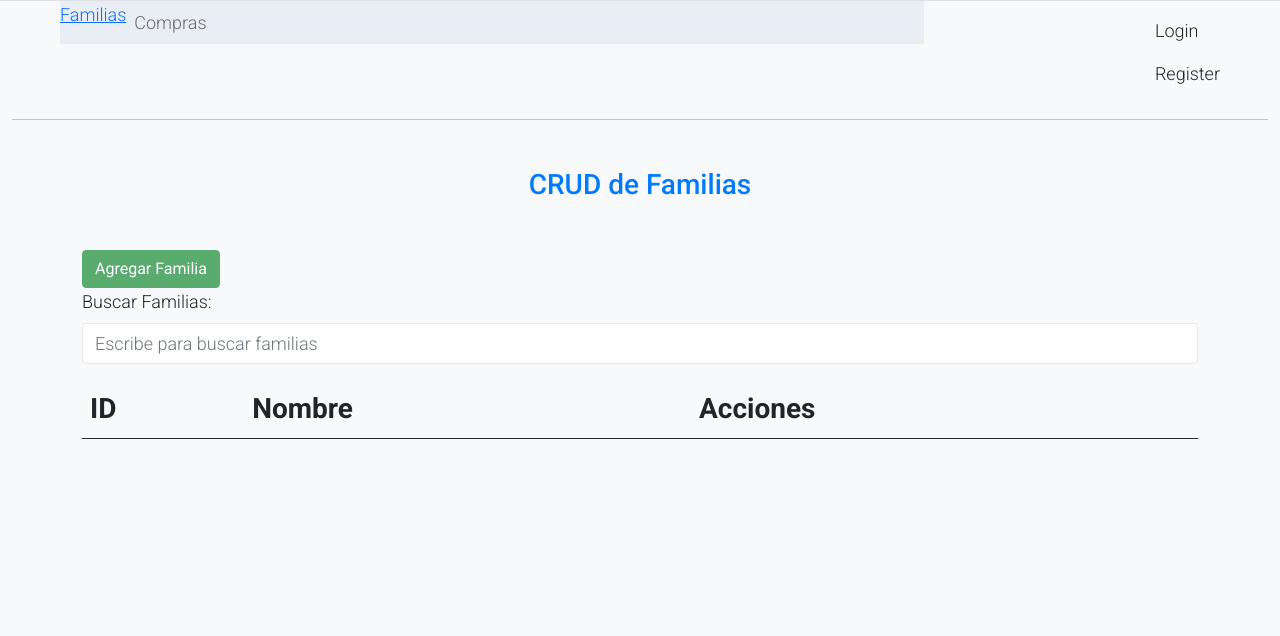
Repository: Yaqode/front-fama
Page: Views/Familias.html
The author's editor kept a copy of each file at every save. The page is drawn from the files as they stood at one save, then again after a run of saves.
The browser window is 1280 px wide. The pictures show the whole page.
The page's requests for data from a server got no answer. Some web libraries are served in a nearby version.

Above is the page before, as saved 2023-12-19 11:30:27.

### Views/Familias.html
<!DOCTYPE html>
<html lang="en">
<head>
    <meta charset="UTF-8">
    <meta name="viewport" content="width=device-width, initial-scale=1.0">
    <title>Document</title>
    <link rel="apple-touch-icon" href="img/apple-icon.png">
    <link rel="shortcut icon" type="image/x-icon" href="img/favicon.ico">
    <link rel="stylesheet" href="./../css/bootstrap.min.css">
    <link rel="stylesheet" href="./../css/templatemo.css">
    <link rel="stylesheet" href="./../css/style.css">
    <!-- Load fonts style after rendering the layout styles -->
    <link rel="stylesheet"
        href="https://fonts.googleapis.com/css2?family=Roboto:wght@100;200;300;400;500;700;900&display=swap">
    <link rel="stylesheet" href="./../css/fontawesome.min.css">
    <!-- Enlace al archivo header.html -->
  <link rel="import" href="header_admin.html">
</head>
<body>

<style>
    body {
        margin-top: 0; /* Elimina el espacio en blanco en la parte superior del cuerpo */
        background-color: #F8F9FA;
        font-family: 'Georgia', serif;
    }

    /* Estilos adicionales según sea necesario */
    iframe {
        margin-top: 0; /* Ajusta la posición del iframe */
    }

    .container {
        margin-top: 20px; /* Ajusta el margen superior según sea necesario */
    }
    .btn-custom {
        background-color: #F8F9FA; /* Cambia este valor al color que desees */
        color: #030303; /* Cambia este valor al color que desees para el texto */
    }

    .custom-menu {
        background-color: #ffffff; /* Cambia este valor al color que desees para el menú desplegable */
    }
    /* Asegúrate de incluir este CSS en tu archivo de estilo o en el encabezado de tu HTML */
    #agregarDropdown:hover .dropdown-menu {
        display: block;
    }

    body {
        background-color: #f8f9fa;
        font-family: 'Georgia', serif;
    }

    .containerr {
        margin-top: 50px;
        background-color: #ffffff;
        padding: 30px;
        border-radius: 10px;
    }

    h2 {
        text-align: center;
        color: #007bff;
        font-size: 28px;
    }

    .btn-agregar {
        background-color: #28a745;
        color: #ffffff;
    }

    .btn-editar,
    .btn-eliminar {
        background-color: #28a745;
        color: #ffffff;
        border-radius: 20px;
        font-size: 25px;
    }

    .btn-eliminar {
        background-color: #dc3545;
        /* Cambiado a rojo */
    }

    /* Aumentar el tamaño de la letra en la tabla */
    table {
        font-size: 28px;
    }
</style>

<!-- Navbar Start -->
<div class="container-fluid mb-5">
    <div class="row border-top px-xl-5">
        <div class="col-lg-9">
            <nav class="navbar navbar-expand-lg bg-light navbar-light py-3 py-lg-0 px-0">
                <a href="" class="text-decoration-none d-block d-lg-none">
                    <h1 class="m-0 display-5 font-weight-semi-bold"><span
                            class="text-primary font-weight-bold border px-3 mr-1">E</span>Shopper</h1>
                </a>
                <button type="button" class="navbar-toggler" data-toggle="collapse" data-target="#navbarCollapse">
                    <span class="navbar-toggler-icon"></span>
                </button>
                <div class="collapse navbar-collapse justify-content-between" id="navbarCollapse">
                    <div class="navbar-nav mr-auto py-0">
                        <!-- Dropdown Start -->
                        <div class="nav-item dropdown">
                            <div>
                                <ul class="nav">
                                  <li><a href="#">Familias</a>
                                    <ul id="familiasMenu">
                                      <!-- Familias se llenará dinámicamente -->
                                    </ul>
                                  </li>
                                </ul>
                              </div>

                        </div>
                        <a href="#" class="nav-item nav-link">Compras</a>
                    </div>
            </nav>
        </div>
        <div class="col-lg-3 d-flex justify-content-end align-items-center">
            <div class="navbar-nav ml-2 py-2">
                <a href="#" class="nav-item nav-link text-dark">Login</a>
                <a href="#" class="nav-item nav-link text-dark">Register</a>
            </div>
        </div>
    </div>
    <hr class="my-8">
</div>
<!-- Navbar End -->



<div class="container">
    <h2 class="mb-4">CRUD de Familias</h2>

    <!-- Botón para abrir el modal de agregar submarca -->
    <button type="button" class="btn btn-success text-white mt-4" data-bs-toggle="modal"
        data-bs-target="#modalFamilias">
        Agregar Familia
    </button>
    <!-- Agrega esto donde desees en tu HTML, por ejemplo, encima de tu tabla de familias -->
    <div class="mb-3">
        <label for="buscadorFamiliasInput" class="form-label">Buscar Familias:</label>
        <input type="text" class="form-control" id="buscadorFamiliasInput" oninput="filtrarTablaFamilias()" placeholder="Escribe para buscar familias">
    </div>
    <!-- Tabla para mostrar las submarcas -->
    <table id="tablaFamilias" class="table">
        <thead>
            <tr>
                <th>ID</th>
                <th>Nombre</th>
                <th>Acciones</th>
            </tr>
        </thead>
        <tbody>
            <!-- Aquí se agregarán las filas de Familias dinámicamente desde el servidor -->

        </tbody>
    </table>
</div>

<!-- Modal para agregar Familias -->
<div class="modal fade" id="modalFamilias" tabindex="-1" aria-labelledby="exampleModalLabel" aria-hidden="true">
    <div class="modal-dialog modal-lg">
        <div class="modal-content">
            <div class="modal-header">
                <h1 class="modal-title fs-5" id="exampleModalLabel">Agregar Familias</h1>
                <button type="button" class="btn-close" data-bs-dismiss="modal" aria-label="Close"></button>
            </div>
            <div class="modal-body">
                <!-- Formulario para agregar Familiaa -->
                <form id="FamiliaForm">
                    <div class="mb-3">
                        <label for="familiaInput" class="form-label">Nombre de la Familia:</label>
                        <input type="text" class="form-control" id="familiaInput" required>
                    </div>
                </form>
            </div>
            <div class="modal-footer">
                <button type="button" class="btn btn-secondary" data-bs-dismiss="modal">Cerrar</button>
                <button type="button" class="btn btn-primary" onclick="guardarFamilia()">Guardar</button>
            </div>
        </div>
    </div>
</div>

<!-- Modal para editar Familias -->
<div class="modal fade" id="modalEditarFamilias" tabindex="-1" role="dialog" aria-labelledby="modalEditarFamiliasLabel"
    aria-hidden="true">
    <div class="modal-dialog modal-lg">
        <div class="modal-content">
            <div class="modal-header">
                <h1 class="modal-title fs-5" id="exampleModalLabel">Editar Familias</h1>
                <button type="button" class="btn-close" data-bs-dismiss="modal" aria-label="Close"></button>
            </div>
            <div class="modal-body">
                <!-- Formulario para edtar Familiaa -->
                <form id="FamiliaForm">
                    <div class="mb-3">
                        <label for="familiaInput" class="form-label">Nombre de la Familia:</label>
                        <input type="text" class="form-control" id="familiaInput" required>
                    </div>
                </form>
            </div>
            <div class="modal-footer">
                <button type="button" class="btn btn-secondary" data-bs-dismiss="modal">Cerrar</button>
                <button type="button" class="btn btn-primary" onclick="editarFamilia()">Guardar</button>
            </div>
        </div>
    </div>
</div>

<!-- Modal para eliminar familias -->
<div class="modal fade" id="modalEliminarFamilias" tabindex="-1" role="dialog" aria-labelledby="modalEliminarfamiliaLabel" aria-hidden="true">
    <div class="modal-dialog" role="document">
        <div class="modal-content">
            <div class="modal-header">
                <h5 class="modal-title" id="modalEliminarFamiliaLabel">Eliminar Familia</h5>
                <button type="button" class="btn-close" data-bs-dismiss="modal" aria-label="Close"></button>
            </div>
            <div class="modal-body">
                <p>¿Deseas eliminar esta familia?</p>
            </div>
            <div class="modal-footer">
            <button type="button" class="btn btn-secondary" data-bs-dismiss="modal">Cancelar</button>
            <button type="button" class="btn btn-danger" onclick="eliminarFamilia()">Eliminar</button>
            </div>
        </div>
    </div>
</div>


<!-- Agrega los enlaces a Bootstrap JS y Popper.js -->
<script src="./../js/jquery-1.11.0.min.js"></script>
<script src="./../js/bootstrap.bundle.min.js"></script>
<script src="./../js/jquery-migrate-1.2.1.min.js"></script>

<script src="./../js/funciones_js/familias.js"></script>
<script src="./../js/funciones_js/header.js"></script>
<script src="./../js/templatemo.js"></script>
<script src="./../js/custom.js"></script>




</body>
</html>

### css/templatemo.css
/*

TemplateMo 559 Zay Shop

https://templatemo.com/tm-559-zay-shop

---------------------------------------------
Table of contents
------------------------------------------------
1. Typography
2. General
3. Nav
4. Hero Carousel
5. Accordion
6. Shop
7. Product
8. Carousel Hero
9. Carousel Brand
10. Services
11. Contact map
12. Footer
13. Small devices (landscape phones, 576px and up)
14. Medium devices (tablets, 768px and up)
15. Large devices (desktops, 992px and up)
16. Extra large devices (large desktops, 1200px and up)
--------------------------------------------- */




/* Typography */
body, ul, li, p, a, label, input, div {
  font-family: 'Roboto', sans-serif;
  font-size: 18px !important;
  font-weight: 300 !important;
}
.h1 {
  font-family: 'Roboto', sans-serif;
  font-size: 48px !important;
  font-weight: 200 !important;
}
.h2 {
  font-family: 'Roboto', sans-serif;
  font-size: 30px !important;
  font-weight: 300;
}
.h3 {
  font-family: 'Roboto', sans-serif;
  font-size: 22px !important;
}
/* General */
.logo { font-weight: 500 !important;}
.text-warning {  color: #ede861 !important;}
.text-muted { color: #bcbcbc !important;}
.text-success { color: #59ab6e !important;}
.text-light { color: #cfd6e1 !important;}
.bg-dark { background-color: #212934 !important;}
.bg-light { background-color: #e9eef5 !important;}
.bg-black { background-color: #1d242d !important;}
.bg-success { background-color: #59ab6e !important;}
.btn-success {
  background-color: #59ab6e !important;
  border-color: #56ae6c !important;
}
.pagination .page-link:hover {color: #000;}
.pagination .page-link:hover, .pagination .page-link.active {
  background-color: #69bb7e;
  color: #fff;
}
/* Nav */
#templatemo_nav_top { min-height: 40px;}
#templatemo_nav_top * { font-size: .9em !important;}
#templatemo_main_nav a { color: #212934;}
#templatemo_main_nav a:hover { color: #69bb7e;}
#templatemo_main_nav .navbar .nav-icon { margin-right: 20px;}

/* Hero Carousel */
#template-mo-zay-hero-carousel { background: #efefef !important;}
/* Accordion */
.templatemo-accordion a { color: #000;}
.templatemo-accordion a:hover { color: #333d4a;}
/* Shop */
.shop-top-menu a:hover { color: #69bb7e !important;}
/* Product */
.product-wap { box-shadow: 0px 5px 10px 0px rgba(0, 0, 0, 0.10);}
.product-wap .product-color-dot.color-dot-red { background:#f71515;}
.product-wap .product-color-dot.color-dot-blue { background:#6db4fe;}
.product-wap .product-color-dot.color-dot-black { background:#000000;}
.product-wap .product-color-dot.color-dot-light { background:#e0e0e0;}
.product-wap .product-color-dot.color-dot-green { background:#0bff7e;}
.card.product-wap .card .product-overlay {
  background: rgba(0,0,0,.2);
  visibility: hidden;
  opacity: 0;
  transition: .3s;
}
.card.product-wap:hover .card .product-overlay {
  visibility: visible;
  opacity: 1;
}
.card.product-wap a { color: #000;}
#carousel-related-product .slick-slide:focus { outline: none !important;}
#carousel-related-product .slick-dots li button:before {
  font-size: 15px;
  margin-top: 20px;
}
/* Brand */
.brand-img {
  filter: grayscale(100%);
  opacity: 0.5;
  transition: .5s;
}
.brand-img:hover {
  filter: grayscale(0%);
  opacity: 1;
}
/* Carousel Hero */
#template-mo-zay-hero-carousel .carousel-indicators li {
  margin-top: -50px;
  background-color: #59ab6e;
}
#template-mo-zay-hero-carousel .carousel-control-next i,
#template-mo-zay-hero-carousel .carousel-control-prev i {
  color: #59ab6e !important;
  font-size: 2.8em !important;
}
/* Carousel Brand */
.tempaltemo-carousel .h1 {
  font-size: .5em !important;
  color: #000 !important;
}
/* Services */
.services-icon-wap {transition: .3s;}
.services-icon-wap:hover, .services-icon-wap:hover i {color: #fff;}
.services-icon-wap:hover {background: #69bb7e;}
/* Contact map */
.leaflet-control a, .leaflet-control { font-size: 10px !important;}
.form-control { border: 1px solid #e8e8e8;}
/* Footer */
#tempaltemo_footer a { color: #dcdde1;}
#tempaltemo_footer a:hover { color: #68bb7d;}
#tempaltemo_footer ul.footer-link-list li { padding-top: 10px;}
#tempaltemo_footer ul.footer-icons li {
  width: 2.6em;
  height: 2.6em;
  line-height: 2.6em;
}
#tempaltemo_footer ul.footer-icons li:hover {
  background-color: #cfd6e1;
  transition: .5s;
}
#tempaltemo_footer ul.footer-icons li:hover i {
  color: #212934;
  transition: .5s;
}
#tempaltemo_footer .border-light { border-color: #2d343f !important;}
/*
// Extra small devices (portrait phones, less than 576px)
// No media query since this is the default in Bootstrap
*/
/* Small devices (landscape phones, 576px and up)*/
.product-wap .h3, .product-wap li, .product-wap i, .product-wap p {
  font-size: 12px !important;
}
.product-wap .product-color-dot {
  width: 6px;
  height: 6px;
}

@media (min-width: 576px) {
  .tempaltemo-carousel .h1 { font-size: 1em !important;}
}

/*// Medium devices (tablets, 768px and up)*/
@media (min-width: 768px) {
  #templatemo_main_nav .navbar-nav {max-width: 450px;}
 }

/* Large devices (desktops, 992px and up)*/
@media (min-width: 992px) {
  #templatemo_main_nav .navbar-nav {max-width: 550px;}
  #template-mo-zay-hero-carousel .carousel-item {min-height: 30rem !important;}
  .product-wap .h3, .product-wap li, .product-wap i, .product-wap p {font-size: 18px !important;}
  .product-wap .product-color-dot {
    width: 12px;
    height: 12px;
  }
}

/* Extra large devices (large desktops, 1200px and up)*/
@media (min-width: 1200px) {}

### Views/header_admin.html
<!DOCTYPE html>
<html lang="en">

<head>
    <meta charset="utf-8">
    <title>EShopper - Bootstrap Shop Template</title>
    <meta content="width=device-width, initial-scale=1.0" name="viewport">
    <meta content="Free HTML Templates" name="keywords">
    <meta content="Free HTML Templates" name="description">

    <!-- Favicon -->
    <link href="img/favicon.ico" rel="icon">

    <!-- Google Web Fonts -->
    <link rel="preconnect" href="https://fonts.gstatic.com">
    <link href="https://fonts.googleapis.com/css2?family=Poppins:wght@100;200;300;400;500;600;700;800;900&display=swap"
        rel="stylesheet">

    <!-- Font Awesome -->
    <link href="https://cdnjs.cloudflare.com/ajax/libs/font-awesome/5.10.0/css/all.min.css" rel="stylesheet">

    <!-- Libraries Stylesheet -->
    <link href="lib/owlcarousel/assets/owl.carousel.min.css" rel="stylesheet">
    <link href="https://stackpath.bootstrapcdn.com/bootstrap/4.5.2/css/bootstrap.min.css" rel="stylesheet">

    <!-- Customized Bootstrap Stylesheet -->
    <link href="./../css/style_header.css" rel="stylesheet">
</head>

<style>
    * {
        margin: 0;
        padding: 0;
        box-sizing: border-box;
      }

      body {
        font-family: Arial, Helvetica, sans-serif;
      }

      .nav {
        list-style: none;
      }

      .nav > li {
        float: left;
        position: relative;
      }

      .nav li a {
        background-color: #000;
        color: #fff;
        text-decoration: none;
        padding: 10px 12px;
        display: block;
      }

      .nav li a:hover {
        background-color: #434343;
      }

      .nav li ul {
        display: none;
        position: absolute;
        min-width: 140px;
        top: 100%;
        left: 0;
      }

      .nav li ul li {
        position: relative;
      }

      .nav li:hover > ul {
        display: block;
      }

      .nav li ul li:hover > ul {
        display: block;
        left: 100%;
        top: 0;
      }

    body {
        font-family: Arial, Helvetica, sans-serif;
    }

    .nav {
        list-style: none;
    }

    .nav>li {
        float: left;
        position: relative;
    }

    .nav li a {
        background-color: #ffffff;
        color: #000000;
        text-decoration: none;
        padding: 10px 12px;
        display: block;
    }

    .nav li a:hover {
        background-color: #b46239;
    }

    .nav li ul {
        display: none;
        position: absolute;
        min-width: 140px;
        top: 100%;
        left: 0;
    }

    .nav li ul li {
        position: relative;
    }

    .nav li ul li ul {
        left: 100%;
        top: 0;
    }

    .nav li:hover>ul {
        display: block;
    }

    .nav li ul li:hover>ul {
        display: block;
        left: 100%;
        top: 0;
    }

    body {
        font-family: 'Arial', sans-serif;
        margin: 0;
        padding: 0;
    }

    .navbar {
        background-color: #f8f9fa;
        padding: 10px 20px;
    }

    .navbar a {
        text-decoration: none;
        color: #000;
        padding: 8px 16px;
        display: inline-block;
    }

    .dropdown {
        display: inline-block;
        position: relative;
    }

    .dropdown-content {
        display: none;
        position: absolute;
        background-color: #f8f9fa;
        box-shadow: 0 8px 16px rgba(0, 0, 0, 0.1);
        z-index: 1;
    }

    .dropdown:hover .dropdown-content {
        display: block;
    }

    .dropdown-content a {
        color: #000;
        padding: 12px 16px;
        display: block;
    }

    .dropdown-content a:hover {
        background-color: #ddd;
    }
</style>

<body>
    <!-- Topbar Start -->
    <div class="container-fluid">

        <div class="row align-items-center py-3 px-xl-5">
            <div class="col-lg-3 d-none d-lg-block">
                <a href="" class="text-decoration-none">
                    <h1 class="m-0 display-5 font-weight-semi-bold"><span
                            class="text-primary font-weight-bold border px-3 mr-1">FERRE - FAMA</span></h1>
                </a>
            </div>
            <div class="col-lg-6 col-6 text-left">
                <form action="">
                    <div class="input-group">
                        <input type="text" class="form-control" placeholder="Search for products">
                        <div class="input-group-append">
                            <span class="input-group-text bg-transparent text-primary">
                                <i class="fa fa-search"></i>
                            </span>
                        </div>
                    </div>
                </form>
            </div>
            <div class="col-lg-3 col-6 text-right">
                <a href="" class="btn border">
                    <i class="fas fa-shopping-cart text-primary"></i>
                </a>
            </div>
        </div>
    </div>
    <!-- Topbar End -->


    <!-- Navbar Start -->
    <div class="container-fluid mb-5">
        <div class="row border-top px-xl-5">
            <div class="col-lg-9">
                <nav class="navbar navbar-expand-lg bg-light navbar-light py-3 py-lg-0 px-0">
                    <a href="" class="text-decoration-none d-block d-lg-none">
                        <h1 class="m-0 display-5 font-weight-semi-bold"><span
                                class="text-primary font-weight-bold border px-3 mr-1">E</span>Shopper</h1>
                    </a>
                    <button type="button" class="navbar-toggler" data-toggle="collapse" data-target="#navbarCollapse">
                        <span class="navbar-toggler-icon"></span>
                    </button>
                    <div class="collapse navbar-collapse justify-content-between" id="navbarCollapse">
                        <div class="navbar-nav mr-auto py-0">
                            <!-- Dropdown Start -->
                            <div class="nav-item dropdown">
                                <div>
                                    <ul class="nav">
                                      <li><a href="#">Familias</a>
                                        <ul id="familiasMenu">
                                          <!-- Familias se llenará dinámicamente -->
                                        </ul>
                                      </li>
                                    </ul>
                                  </div>

                            </div>
                            <a href="#" class="nav-item nav-link">Compras</a>
                        </div>
                </nav>
            </div>
            <div class="col-lg-3 d-flex justify-content-end align-items-center">
                <div class="navbar-nav ml-2 py-2">
                    <a href="#" class="nav-item nav-link text-dark">Login</a>
                    <a href="#" class="nav-item nav-link text-dark">Register</a>
                </div>
            </div>
        </div>
        <hr class="my-8">
    </div>
    <!-- Navbar End -->



    <!-- Back to Top -->
    <a href="#" class="btn btn-primary back-to-top"><i class="fa fa-angle-double-up"></i></a>


    <!-- JavaScript Libraries -->

    <script src="https://code.jquery.com/jquery-3.4.1.min.js"></script>
    <!-- Agrega los scripts de Bootstrap (Bootstrap 5) -->
    <script src="https://cdn.jsdelivr.net/npm/bootstrap@5.3.0/dist/js/bootstrap.bundle.min.js"></script>
    <script src="./../js/funciones_js/header_admin.js"> </script>
    <script src="lib/easing/easing.min.js"></script>
    <script src="lib/owlcarousel/owl.carousel.min.js"></script>
    <!-- Contact Javascript File -->
    <script src="mail/jqBootstrapValidation.min.js"></script>

</body>

</html>

Loaded but not shown: css/bootstrap.min.css (library); css/fontawesome.min.css (library); js/jquery-1.11.0.min.js (library); js/bootstrap.bundle.min.js (library); js/jquery-migrate-1.2.1.min.js (library); css/owl.carousel.min.css (library); css/style_header.css (library); js/funciones_js/familias.js (150 lines, source omitted); js/templatemo.js (57 lines, source omitted); js/funciones_js/header.js (3 lines, source omitted); css/style.css (1719 lines, source omitted); js/custom.js (no stored copy; drawn as an empty file)

After the next 3 saves:
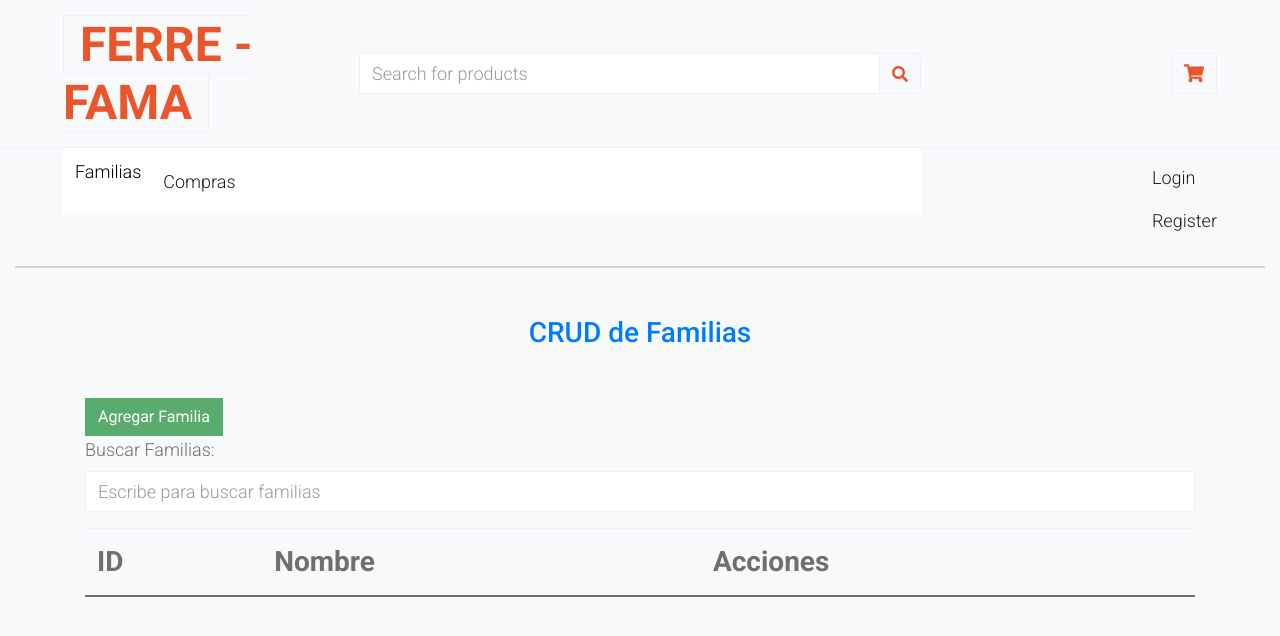
The 3 saves are shown as one change because they came seconds apart.
The last was saved 8 s later.
--- a/Views/Familias.html
+++ b/Views/Familias.html
@@ -88,47 +88,17 @@
     }
 </style>
 
-<!-- Navbar Start -->
-<div class="container-fluid mb-5">
-    <div class="row border-top px-xl-5">
-        <div class="col-lg-9">
-            <nav class="navbar navbar-expand-lg bg-light navbar-light py-3 py-lg-0 px-0">
-                <a href="" class="text-decoration-none d-block d-lg-none">
-                    <h1 class="m-0 display-5 font-weight-semi-bold"><span
-                            class="text-primary font-weight-bold border px-3 mr-1">E</span>Shopper</h1>
-                </a>
-                <button type="button" class="navbar-toggler" data-toggle="collapse" data-target="#navbarCollapse">
-                    <span class="navbar-toggler-icon"></span>
-                </button>
-                <div class="collapse navbar-collapse justify-content-between" id="navbarCollapse">
-                    <div class="navbar-nav mr-auto py-0">
-                        <!-- Dropdown Start -->
-                        <div class="nav-item dropdown">
-                            <div>
-                                <ul class="nav">
-                                  <li><a href="#">Familias</a>
-                                    <ul id="familiasMenu">
-                                      <!-- Familias se llenará dinámicamente -->
-                                    </ul>
-                                  </li>
-                                </ul>
-                              </div>
-
-                        </div>
-                        <a href="#" class="nav-item nav-link">Compras</a>
-                    </div>
-            </nav>
-        </div>
-        <div class="col-lg-3 d-flex justify-content-end align-items-center">
-            <div class="navbar-nav ml-2 py-2">
-                <a href="#" class="nav-item nav-link text-dark">Login</a>
-                <a href="#" class="nav-item nav-link text-dark">Register</a>
-            </div>
-        </div>
-    </div>
-    <hr class="my-8">
-</div>
-<!-- Navbar End -->
+<!-- Script para cargar y agregar el contenido del header -->
+<script>
+    // Cargar el contenido del header.html usando fetch
+    fetch('header_admin.html')
+      .then(response => response.text())
+      .then(data => {
+        // Agregar el contenido al elemento body de la página actual
+        document.body.innerHTML = data + document.body.innerHTML;
+      })
+      .catch(error => console.error('Error al cargar el header:', error));
+  </script>
 
 
 
@@ -236,7 +206,6 @@
 <script src="./../js/jquery-1.11.0.min.js"></script>
 <script src="./../js/bootstrap.bundle.min.js"></script>
 <script src="./../js/jquery-migrate-1.2.1.min.js"></script>
-
 <script src="./../js/funciones_js/familias.js"></script>
 <script src="./../js/funciones_js/header.js"></script>
 <script src="./../js/templatemo.js"></script>
